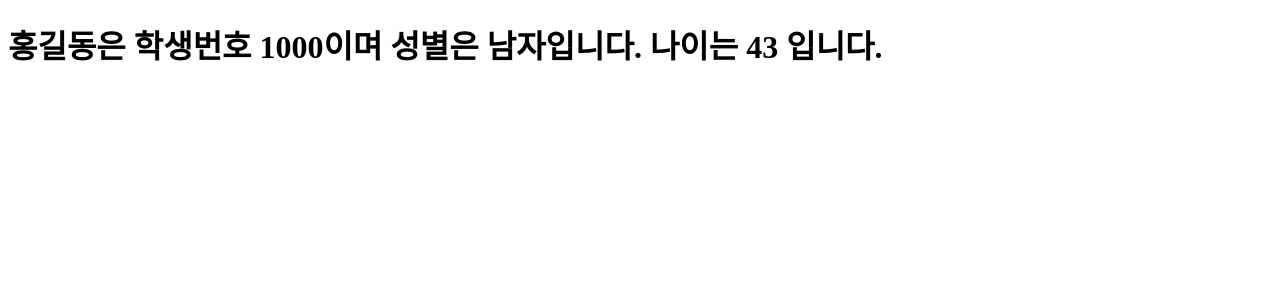
Repository: Junhee1412/back_end_practice
Page: http://localhost/jsp01_basic/jsp01_hello/student.jsp
These files come from the project's save history. The page is drawn as it stood at one moment and after the next save; the edit follows.
The browser window is 1280 px wide. The pictures show the whole page.
The page is served by Tomcat 9. Other server files are loaded and not shown.

Above is the page before, as saved 2022-12-09 03:13:56.

### 04.jsp/jsp01_basic/WebContent/jsp01_hello/student.jsp
<%@page language="java" contentType="text/html; charset=UTF-8" pageEncoding="UTF-8"%>
<%
class student{
	int sno; String sname; String gender; int age;

	public student(int sno, String sname, String gender, int age){
		this.sno=sno;
		this.sname=sname;
		this.gender=gender;
		this.age=age;
	}
}

student std = new student(1000, "홍길동", "남자", 43);
student std1 = new student(2000, "소향", "여자", 44);
%>

<!DOCTYPE html>
<html>
<head>
<meta charset="UTF-8">
<title>Insert title here</title>
</head>
<body>
	<h1><%= std.sname %>은 학생번호 <%= std.sno %>이며 성별은 <%= std.gender %>입니다. 나이는 <%= std.age %> 입니다.</h1>
	<!-- 실습. student 객체 생성 후 학생 1명의 정보를 출력하기(h1)
		번호 : 1000
		이름 : 홍길동
		성별 : 남자
		나이 : 43

		실습2. ArrayList를 이용해서 학생1명만 출력
		번호 : 2000
		이름 : 소향
		성별 : 여자
		나이 : 44
		 -->
</body>
</html>

After the next save:
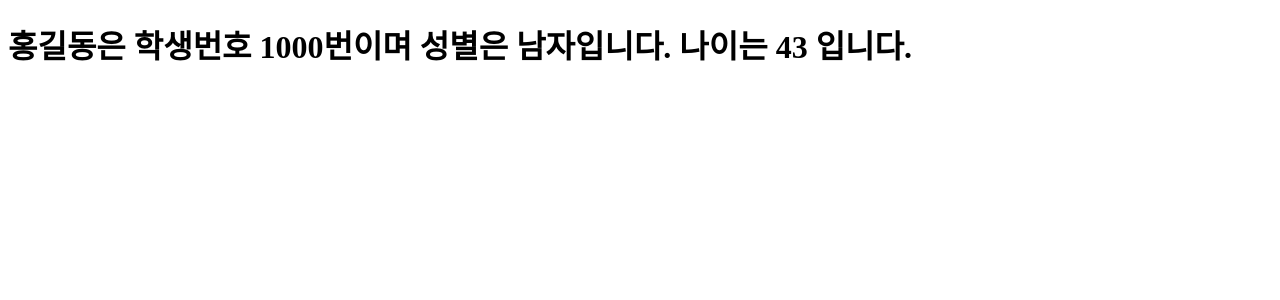
Saved 8 s later.
--- a/04.jsp/jsp01_basic/WebContent/jsp01_hello/student.jsp
+++ b/04.jsp/jsp01_basic/WebContent/jsp01_hello/student.jsp
@@ -22,7 +22,7 @@ student std1 = new student(2000, "소향", "여자", 44);
 <title>Insert title here</title>
 </head>
 <body>
-	<h1><%= std.sname %>은 학생번호 <%= std.sno %>이며 성별은 <%= std.gender %>입니다. 나이는 <%= std.age %> 입니다.</h1>
+	<h1><%= std.sname %>은 학생번호 <%= std.sno %>번이며 성별은 <%= std.gender %>입니다. 나이는 <%= std.age %> 입니다.</h1>
 	<!-- 실습. student 객체 생성 후 학생 1명의 정보를 출력하기(h1)
 		번호 : 1000
 		이름 : 홍길동
